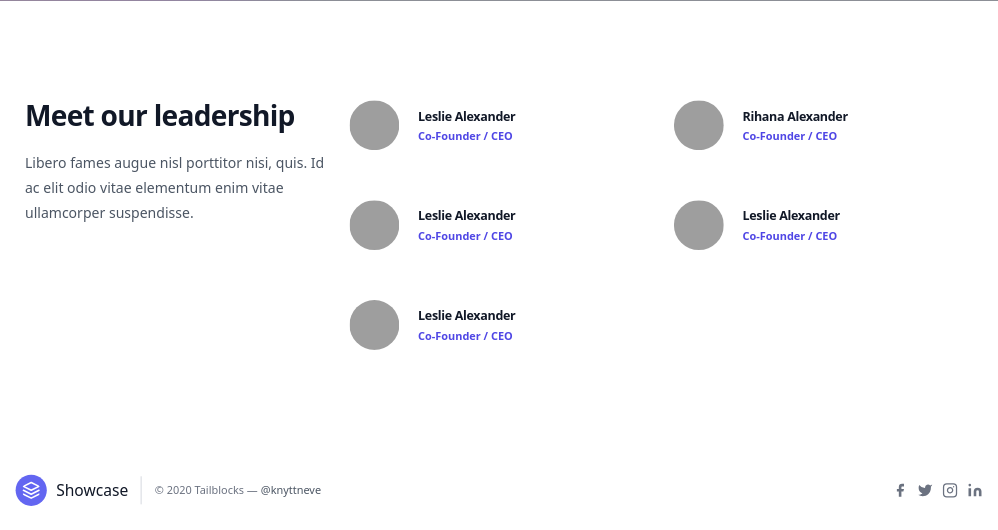
Repository: prashant523580/showcase
Page: /about
The author's editor kept a copy of each file at every save. The page is drawn from the files as they stood at one save, then again after a run of saves.
The browser window is 1280 px wide. The pictures show the part of the page from y = 616 to 2151 px (the page is 1296 px tall before and 2151 px after), at 78% of full size.
Pictures or frames that could not be fetched are drawn as grey boxes. The project was rebuilt for these pictures with package versions that can differ from the ones it lists, and the page was loaded fresh each time. The framework's server and built-in components were replaced by stand-ins that run in the browser. Also part of the build but not shown: next.config.js.

Above is the page before, as saved 2023-03-25 18:38:40.

After the next 3 saves:
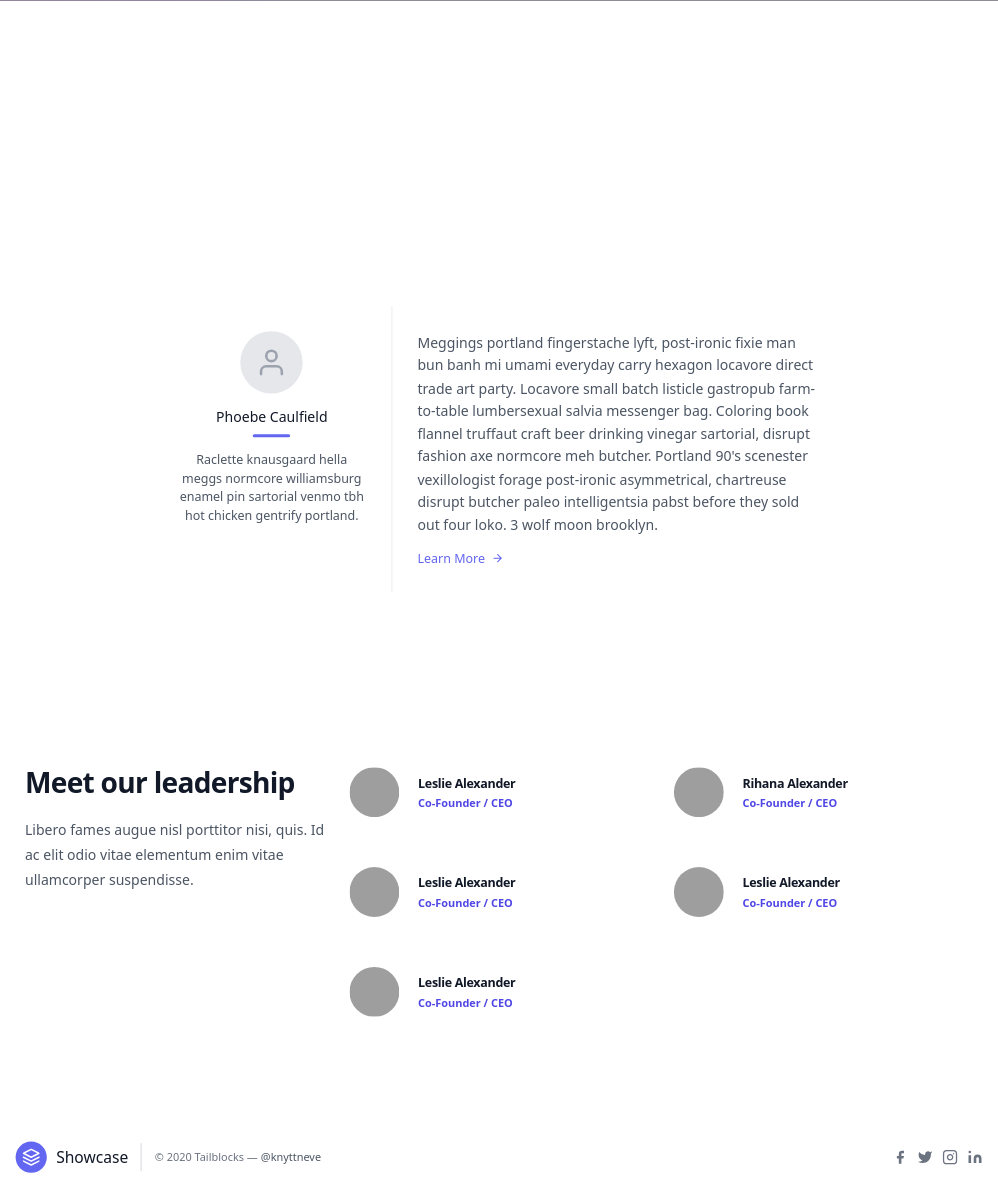
The 3 saves are shown as one change because 1 did not build or start and some came seconds apart.
The last was saved 98 s later.
--- a/src/pages/about.tsx
+++ b/src/pages/about.tsx
@@ -129,7 +129,38 @@ const links = [
           </div>
         </div>
       </div>
-
+      <section className="text-gray-600 body-font">
+  <div className="container px-5 py-24 mx-auto flex flex-col">
+    <div className="lg:w-4/6 mx-auto">
+      <div className="rounded-lg h-64 overflow-hidden">
+        {/* <img alt="content" className="object-cover object-center h-full w-full" src="https://dummyimage.com/1200x500"/> */}
+      </div>
+      <div className="flex flex-col sm:flex-row mt-10">
+        <div className="sm:w-1/3 text-center sm:pr-8 sm:py-8">
+          <div className="w-20 h-20 rounded-full inline-flex items-center justify-center bg-gray-200 text-gray-400">
+            <svg fill="none" stroke="currentColor" stroke-linecap="round" stroke-linejoin="round" stroke-width="2" className="w-10 h-10" viewBox="0 0 24 24">
+              <path d="M20 21v-2a4 4 0 00-4-4H8a4 4 0 00-4 4v2"></path>
+              <circle cx="12" cy="7" r="4"></circle>
+            </svg>
+          </div>
+          <div className="flex flex-col items-center text-center justify-center">
+            <h2 className="font-medium title-font mt-4 text-gray-900 text-lg">Phoebe Caulfield</h2>
+            <div className="w-12 h-1 bg-indigo-500 rounded mt-2 mb-4"></div>
+            <p className="text-base">Raclette knausgaard hella meggs normcore williamsburg enamel pin sartorial venmo tbh hot chicken gentrify portland.</p>
+          </div>
+        </div>
+        <div className="sm:w-2/3 sm:pl-8 sm:py-8 sm:border-l border-gray-200 sm:border-t-0 border-t mt-4 pt-4 sm:mt-0 text-center sm:text-left">
+          <p className="leading-relaxed text-lg mb-4">Meggings portland fingerstache lyft, post-ironic fixie man bun banh mi umami everyday carry hexagon locavore direct trade art party. Locavore small batch listicle gastropub farm-to-table lumbersexual salvia messenger bag. Coloring book flannel truffaut craft beer drinking vinegar sartorial, disrupt fashion axe normcore meh butcher. Portland 90's scenester vexillologist forage post-ironic asymmetrical, chartreuse disrupt butcher paleo intelligentsia pabst before they sold out four loko. 3 wolf moon brooklyn.</p>
+          <a className="text-indigo-500 inline-flex items-center">Learn More
+            <svg fill="none" stroke="currentColor" stroke-linecap="round" stroke-linejoin="round" stroke-width="2" className="w-4 h-4 ml-2" viewBox="0 0 24 24">
+              <path d="M5 12h14M12 5l7 7-7 7"></path>
+            </svg>
+          </a>
+        </div>
+      </div>
+    </div>
+  </div>
+</section>
       <div className="bg-white py-24 sm:py-32">
       <div className="mx-auto grid max-w-7xl gap-y-20 gap-x-8 px-6 lg:px-8 xl:grid-cols-3">
         <div className="max-w-2xl">
